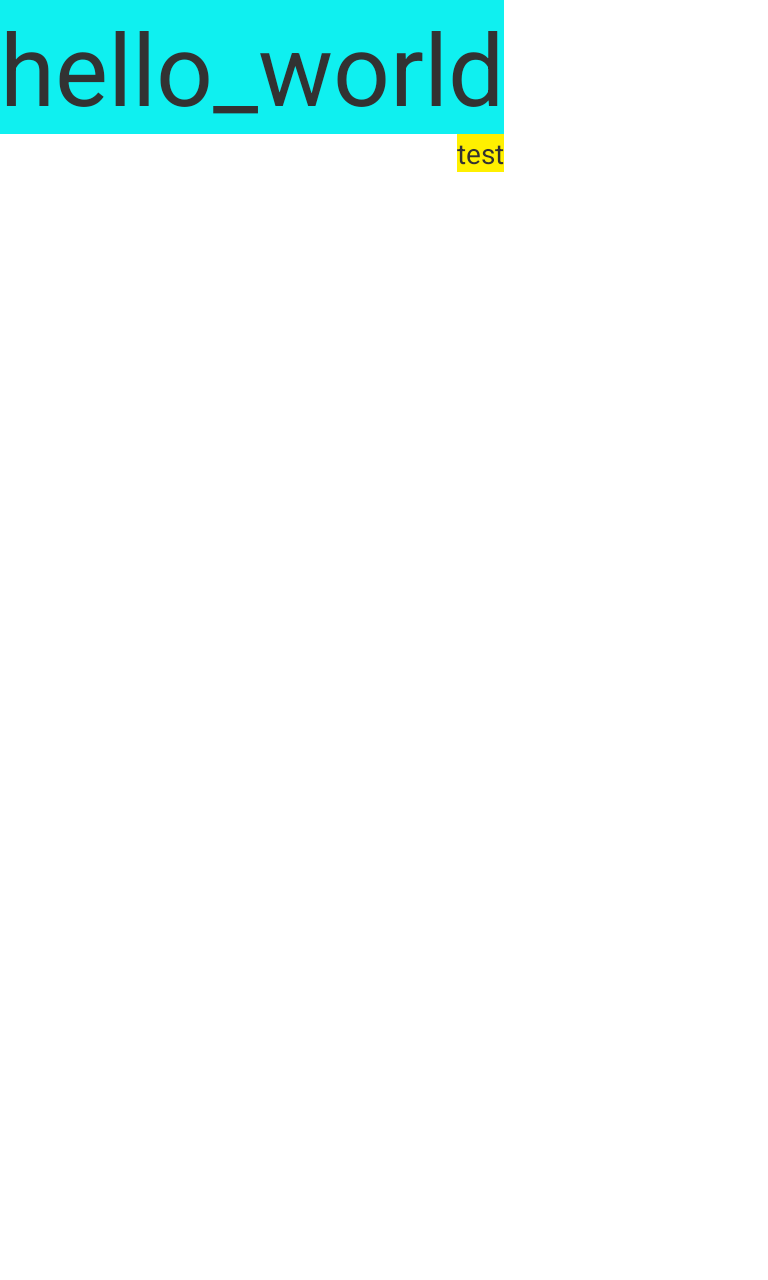
Repository: founderzhl/MarsAndroid
Layout: S01_E15_RelativeLayout01/res/layout/activity_main.xml
These files come from the project's save history. The layout is drawn as it stood at one moment and after the next save; the edit follows.
It is drawn on a 768 x 1280 px phone screen (xhdpi) without system bars, with theme AppTheme; the app's code is not run. The app's manifest (not shown) leaves right-to-left support off. So textAlignment, textDirection and layoutDirection are ignored, and left and right values win over start and end ones.

Above is the layout before, as saved 2015-01-22 16:01:17.

After the next save:
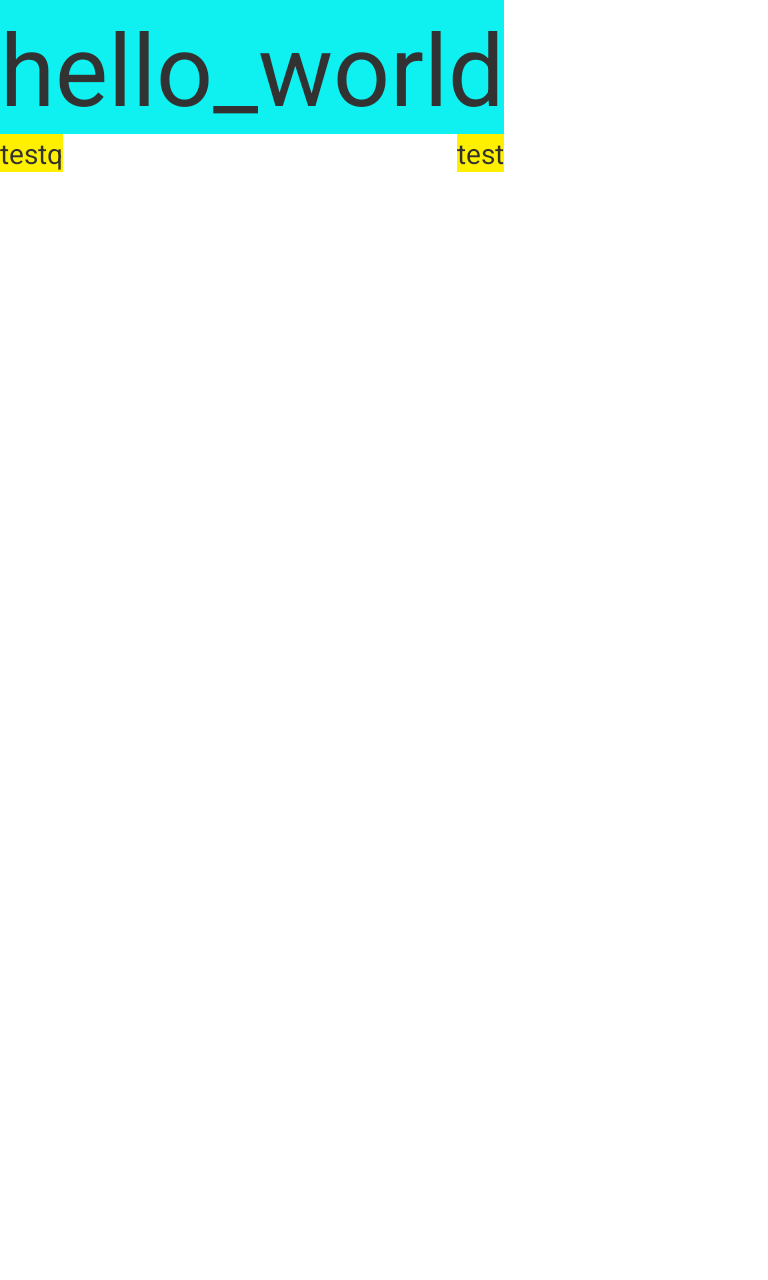
Saved 57 s later.
--- a/S01_E15_RelativeLayout01/res/layout/activity_main.xml
+++ b/S01_E15_RelativeLayout01/res/layout/activity_main.xml
@@ -20,5 +20,14 @@
         android:layout_alignEnd="@id/firstView"
         android:text="test" />
 
+     <TextView
+        android:id="@+id/TheerdView"
+        android:layout_width="wrap_content"
+        android:layout_height="wrap_content"
+        android:background="#fff000"
+        android:layout_below="@id/firstView"
+        android:layout_alignStart="@id/firstView"
+        android:text="testq" />
+
 
 </RelativeLayout>
